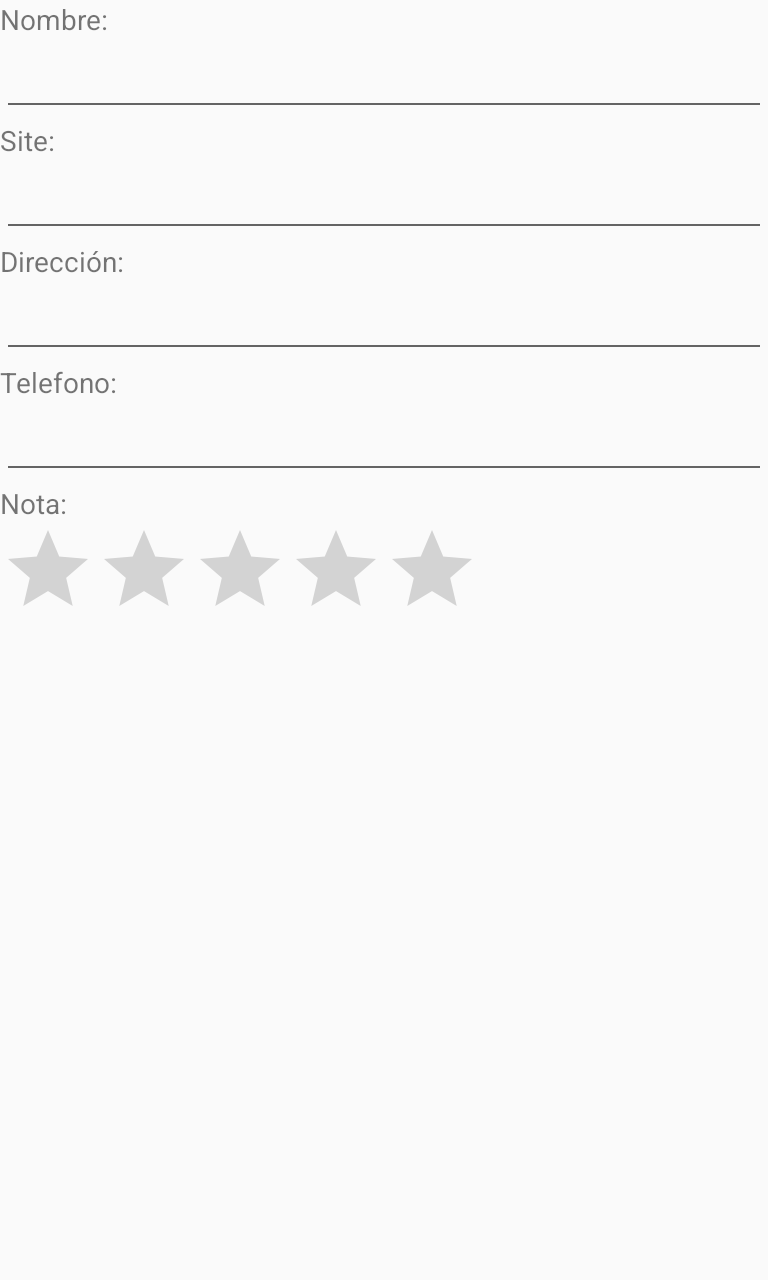
Repository: jromanz/android-projects
Layout: RegistroAlumnos/res/layout/activity_formulario.xml
The author's editor kept a copy of each file at every save. The layout is drawn from the files as they stood at one save, then again after the next save.
It is drawn on a 768 x 1280 px phone screen (xhdpi) without system bars, with theme AppTheme; the app's code is not run.

Above is the layout before, as saved 2014-08-29 03:32:50.

### RegistroAlumnos/res/layout/activity_formulario.xml
<LinearLayout xmlns:android="http://schemas.android.com/apk/res/android"
    xmlns:tools="http://schemas.android.com/tools"
    android:orientation="vertical"
    android:layout_width="match_parent"
    android:layout_height="wrap_content"
    >
    <TextView
        android:id="@+id/lblNombre"
        android:layout_width="match_parent"
        android:layout_height="wrap_content"
        android:text="@string/lblNombre" />

    <EditText
        android:id="@+id/txtNombre"
        android:layout_width="match_parent"
        android:layout_height="wrap_content"
        android:inputType="text"
        />

    <TextView
        android:id="@+id/lblSite"
        android:layout_width="match_parent"
        android:layout_height="wrap_content"
        android:text="@string/lblSite" />

    <EditText
        android:id="@+id/txtSite"
        android:layout_width="match_parent"
        android:layout_height="wrap_content"
        android:inputType="text"
        />

    <TextView
        android:id="@+id/lblDireccion"
        android:layout_width="match_parent"
        android:layout_height="wrap_content"
        android:text="@string/lblDireccion" />

    <EditText
        android:id="@+id/txtDireccion"
        android:layout_width="match_parent"
        android:layout_height="wrap_content"
        android:inputType="text"
        />

    <TextView
        android:id="@+id/lblTelefono"
        android:layout_width="match_parent"
        android:layout_height="wrap_content"
        android:text="@string/lblTelefono" />

    <EditText
        android:id="@+id/txtTelefono"
        android:layout_width="match_parent"
        android:layout_height="wrap_content"
        android:inputType="text"
        />

    <TextView
        android:id="@+id/lblNotas"
        android:layout_width="match_parent"
        android:layout_height="wrap_content"
        android:text="@string/lblNotas" />


    <RatingBar android:id="@+id/rbNotas"
        android:layout_width="wrap_content"
        android:layout_height="wrap_content"
        android:numStars="5"
        />

    <Button android:id="@+id/btnGrabar"

        />
</LinearLayout>

### RegistroAlumnos/res/values/strings.xml
<?xml version="1.0" encoding="utf-8"?>
<resources>

    <string name="app_name">RegistroAlumnos</string>
    <string name="lblNombre">Nombre:</string>
    <string name="lblNotas">Nota:</string>
    <string name="lblSite">Site:</string>
    <string name="lblDireccion">Dirección:</string>
    <string name="lblTelefono">Telefono:</string>
    <string name="ir">Agregar usuarios</string>
    <string name="title_activity_formulario">FormularioActivity</string>

</resources>

Loaded but not shown: RegistroAlumnos/res/values/styles.xml (common file); RegistroAlumnos/res/values-v11/styles.xml (common file); RegistroAlumnos/res/values-v14/styles.xml (common file)

After the next save:
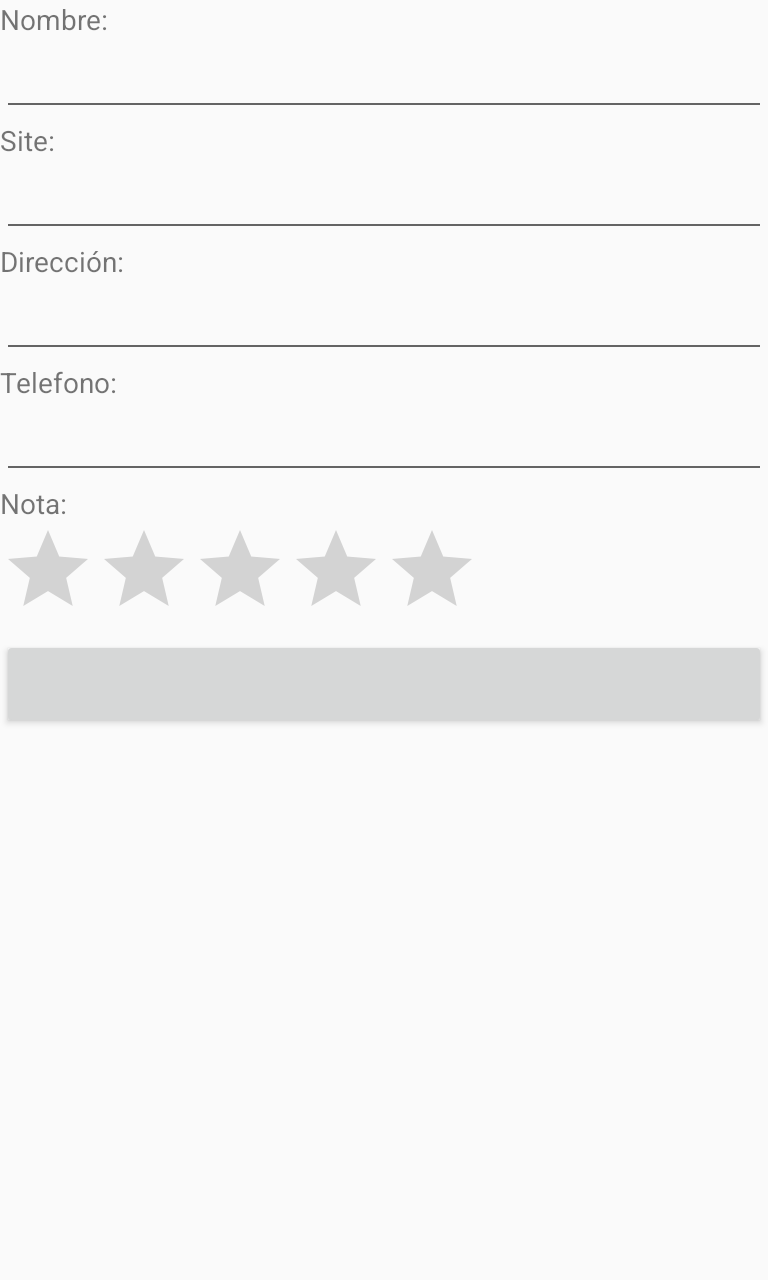
Saved 21 s later.
--- a/RegistroAlumnos/res/layout/activity_formulario.xml
+++ b/RegistroAlumnos/res/layout/activity_formulario.xml
@@ -70,6 +70,7 @@
         />
 
     <Button android:id="@+id/btnGrabar"
-
+        android:layout_width="match_parent"
+        android:layout_height="wrap_content"
         />
 </LinearLayout>
